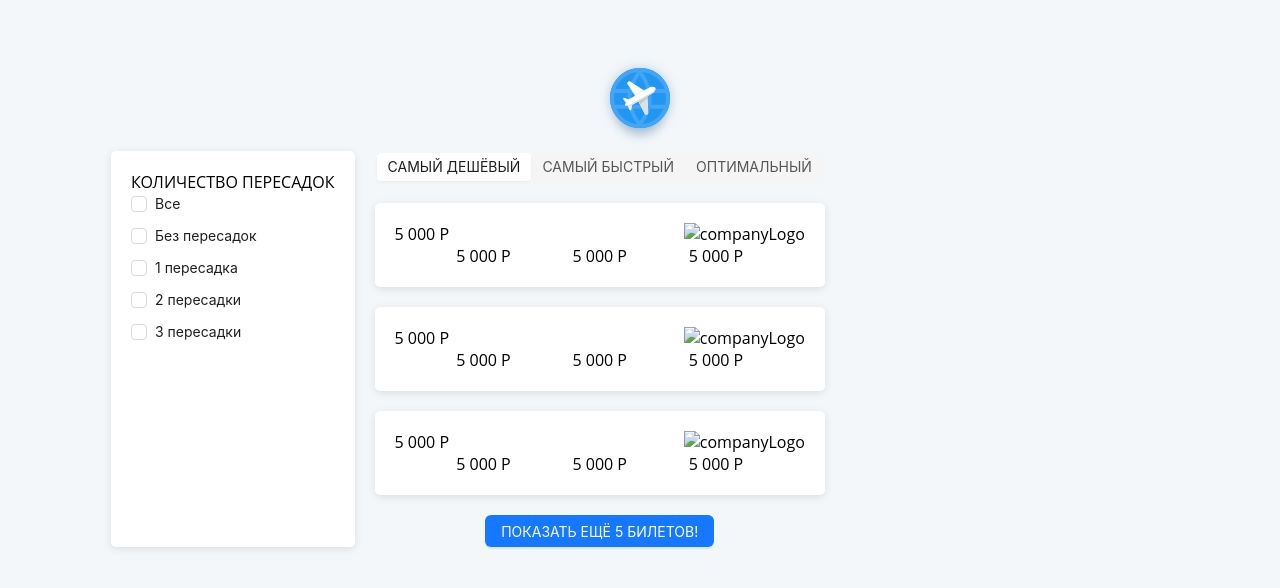
Repository: Dedoxa/aviasalesTickets
Page: /
The author's editor kept a copy of each file at every save. The page is drawn from the files as they stood at one save, then again after a run of saves.
The browser window is 1280 px wide. The pictures show the whole page.
The project was rebuilt for these pictures with package versions that can differ from the ones it lists, and the page was loaded fresh each time. Also part of the build but not shown: vite.config.js.

Above is the page before, as saved 2024-10-19 16:42:25.

After the next 2 saves:
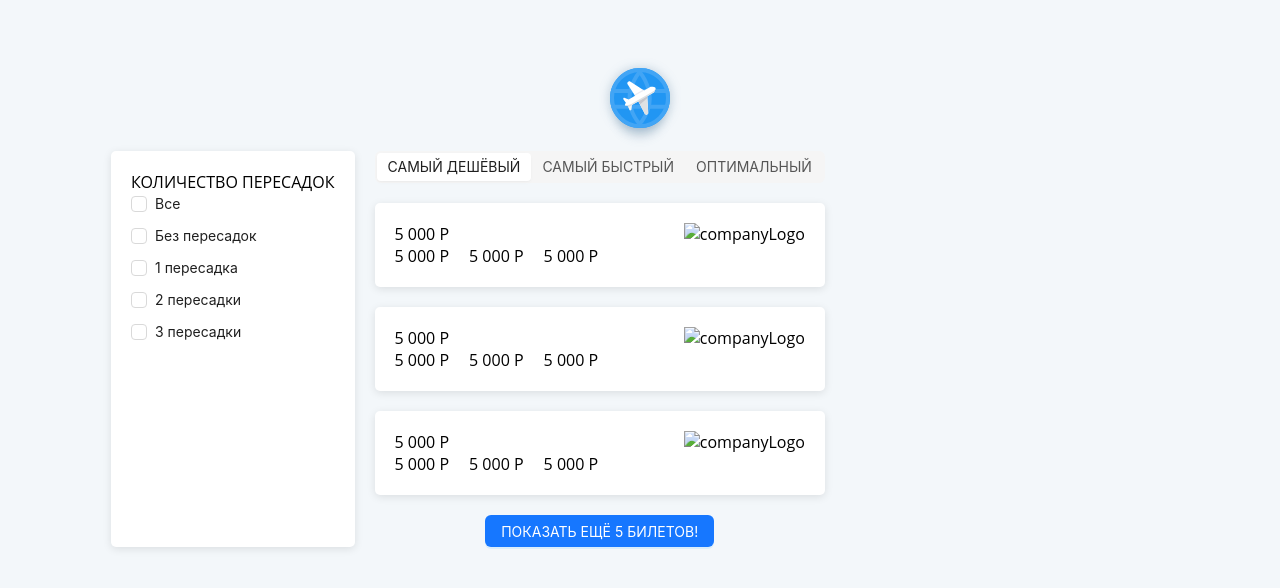
The 2 saves are shown as one change because 1 did not build or start.
The last was saved 5 min 18 s later.
--- a/src/TicketCard/TicketCard.module.scss
+++ b/src/TicketCard/TicketCard.module.scss
@@ -8,5 +8,5 @@
 }
 
 .otherTicketInfo {
-    justify-content: space-evenly;
+    gap: 20px
 }
